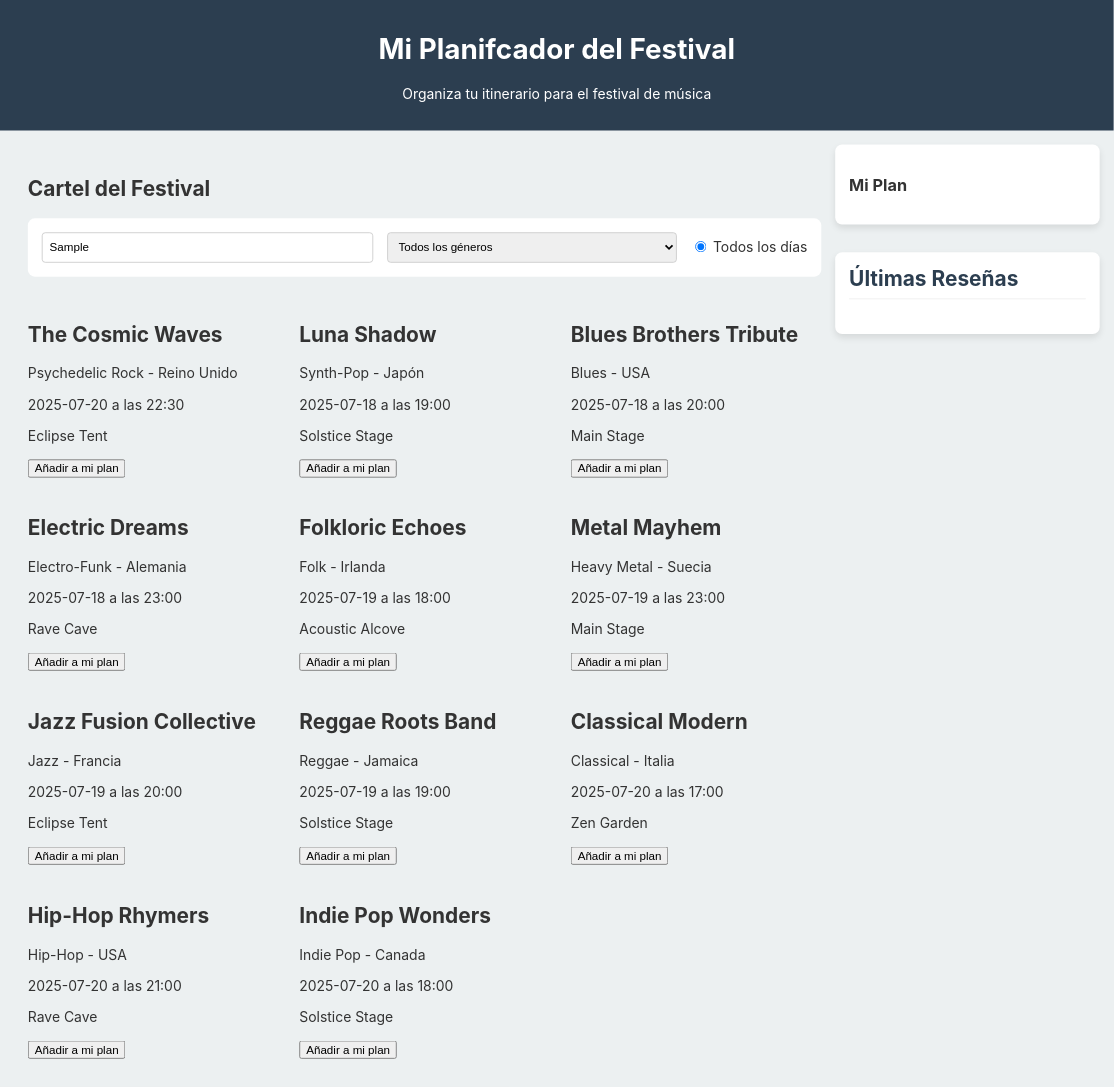
Repository: covaa15/DWEC
Page: Examen12_12_2025/index.html
The author's editor kept a copy of each file at every save. The page is drawn from the files as they stood at one save, then again after the next save.
The browser window is 1280 px wide. The pictures show the whole page, at 87% of full size.
Empty fields were first filled with sample values (such as "Sample", 5 or name@example.com).
After loading, the first visible `#search-name` was changed once.

Above is the page before, as saved 2025-12-12 12:25:59.

After the next save:
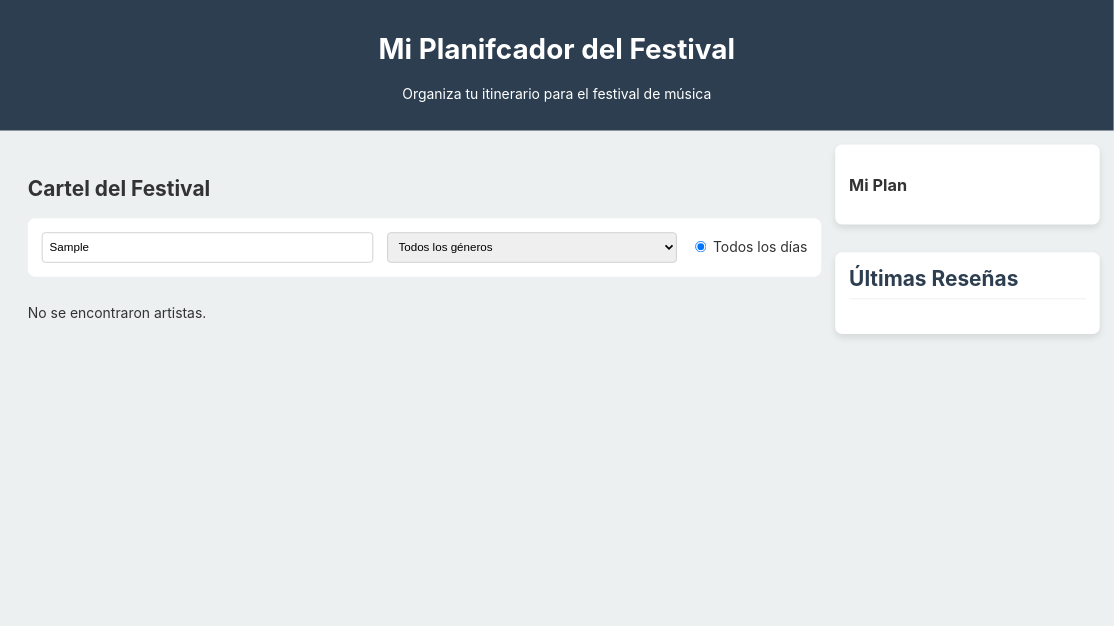
Saved 34 s later.
--- a/Examen12_12_2025/js/main.js
+++ b/Examen12_12_2025/js/main.js
@@ -102,7 +102,7 @@ function cargarGeneros(){
 
 
 function aplicarFiltros(){
-    const artistaBuscado=buscador.textContent.toLowerCase();
+    const artistaBuscado=buscador.value.toLowerCase();
     let artistasFiltrados=artistas;
     const generoSeleccionado=selectorGenero.textContent;
 

After the save that followed:
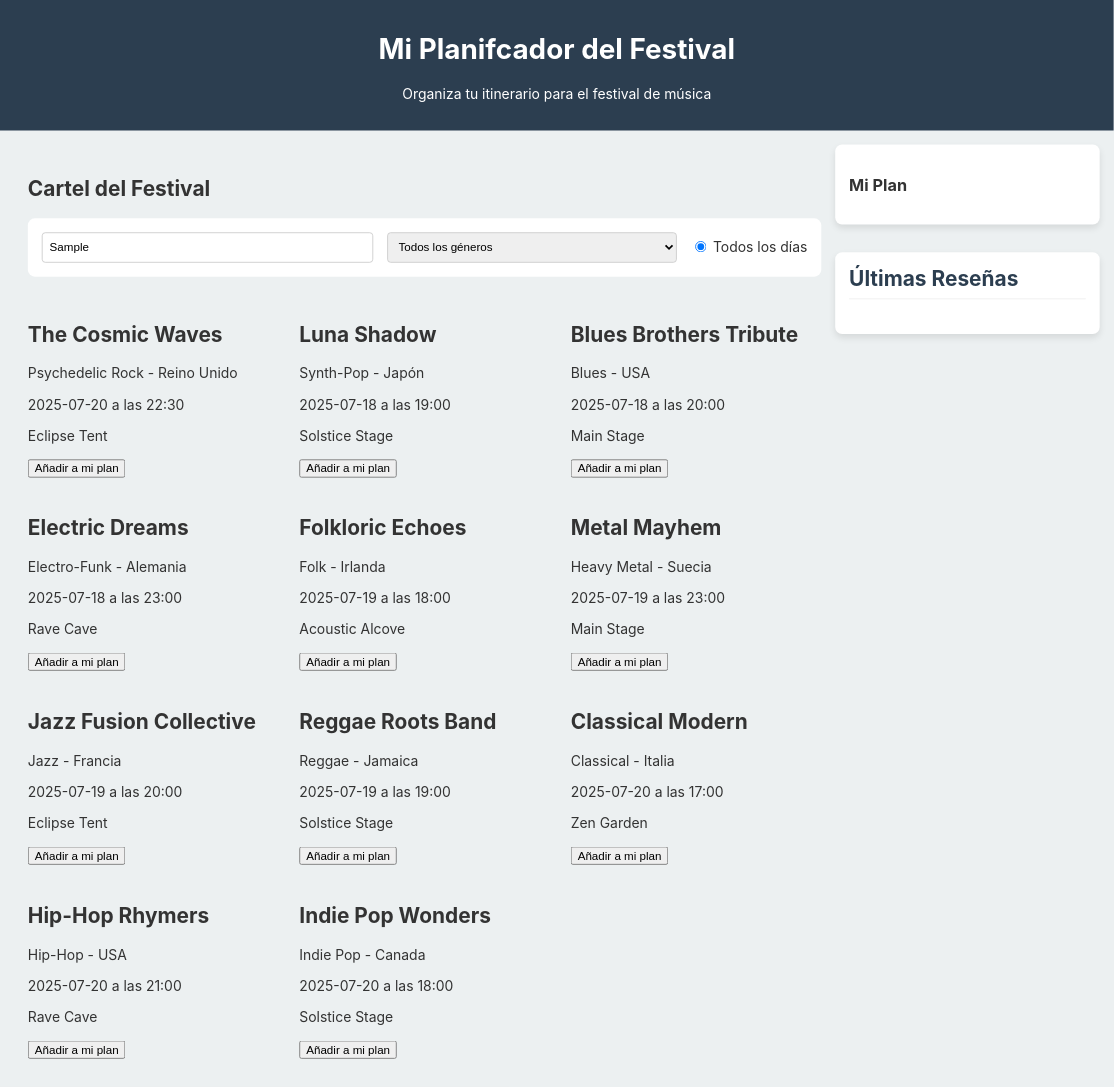
Console error: TypeError: artista.nombre.toLowerCase(...).startswith is not a function
Saved 22 s later.
--- a/Examen12_12_2025/js/main.js
+++ b/Examen12_12_2025/js/main.js
@@ -108,7 +108,7 @@ function aplicarFiltros(){
 
     if (artistaBuscado !== "") {
         artistasFiltrados = artistasFiltrados.filter(artista =>
-            artista.nombre.toLowerCase().includes(artistaBuscado)
+            artista.nombre.toLowerCase().startswith(artistaBuscado)
         );
     }
     if (artistasFiltrados.length === 0) {
